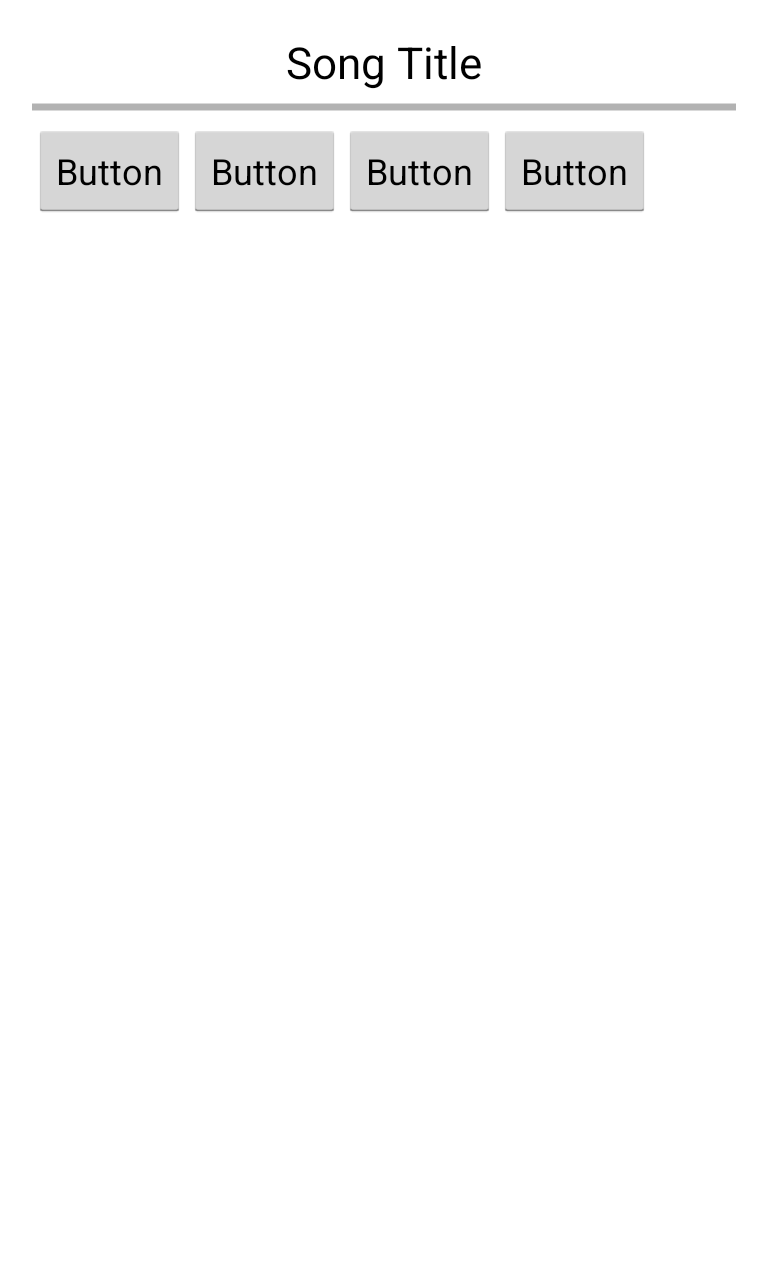
Repository: laurenelder/MDF3
Layout: MiniMediaPlayer/res/layout/activity_main.xml
An editor plug-in stored every save of this project. The layout is shown before and after the next save, followed by the edit.
It is drawn on a 768 x 1280 px phone screen (xhdpi) without system bars, with theme AppTheme; the app's code is not run.

Above is the layout before, as saved 2014-09-05 16:48:35.

After the next save:
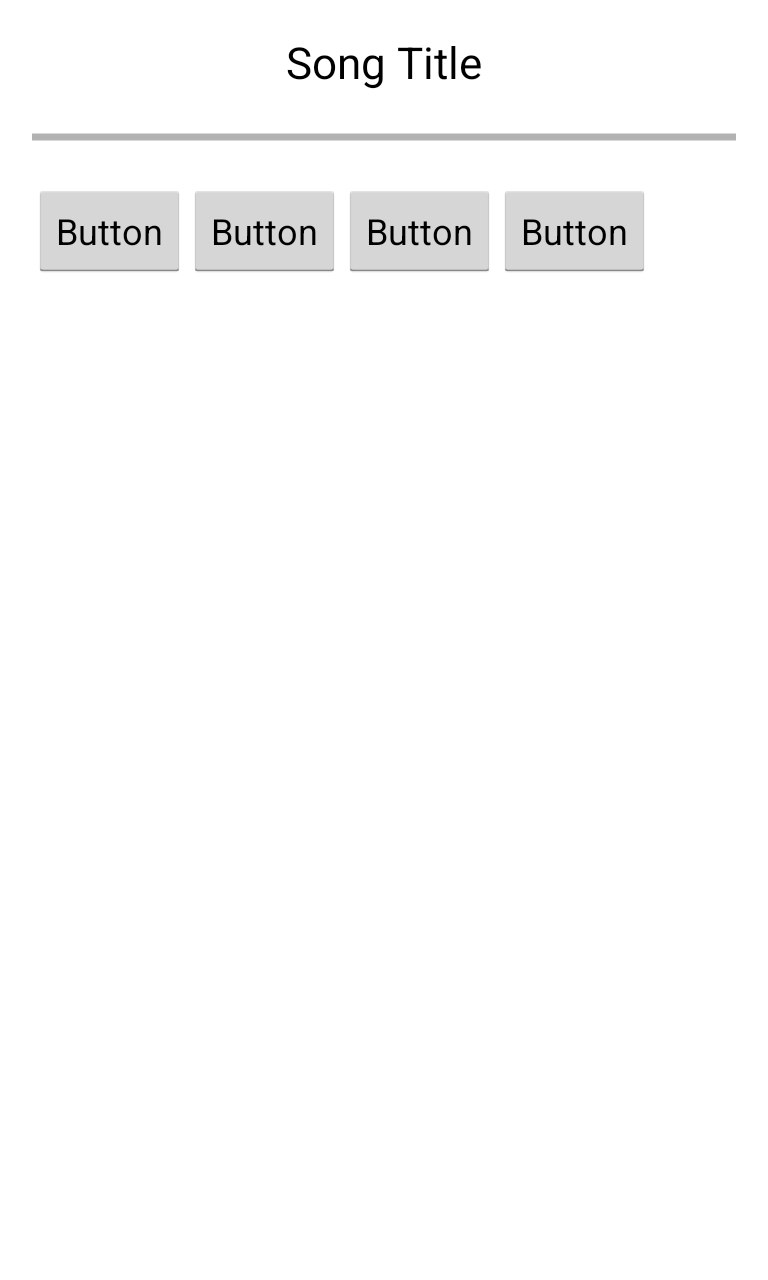
Saved 31 s later.
--- a/MiniMediaPlayer/res/layout/activity_main.xml
+++ b/MiniMediaPlayer/res/layout/activity_main.xml
@@ -23,11 +23,13 @@
         style="?android:attr/progressBarStyleHorizontal"
         android:layout_width="match_parent"
         android:layout_height="wrap_content"
+        android:layout_marginTop="15dp"
         android:gravity="center" />
 
     <LinearLayout
         android:layout_width="match_parent"
-        android:layout_height="wrap_content" >
+        android:layout_height="wrap_content"
+        android:layout_marginTop="15dp" >
 
         <Button
             android:id="@+id/previousBtn"
